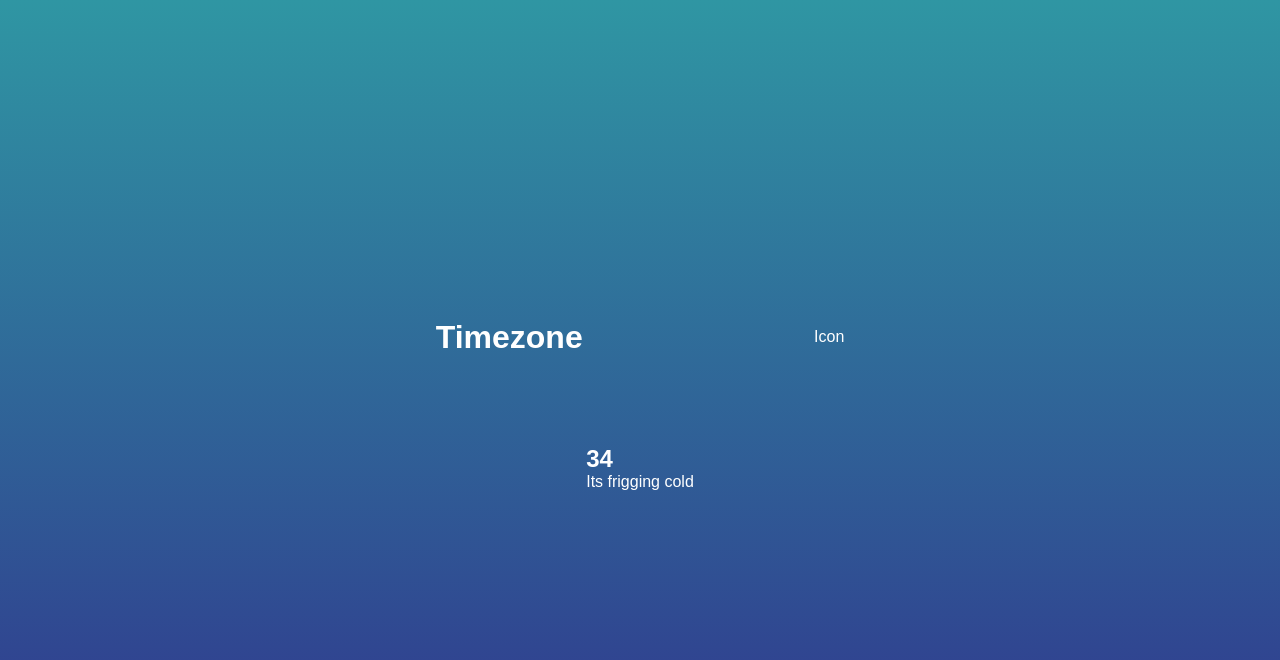
Repository: iphyokafor/weather-app
Page: index.html
An editor plug-in stored every save of this project. The page is shown before and after the next save, followed by the edit.
The browser window is 1280 px wide. The pictures show the whole page.

Above is the page before, as saved 2020-01-21 11:14:56.

### index.html
<!DOCTYPE html>
<html lang="en">

<head>
    <meta charset="UTF-8">
    <meta name="viewport" content="width=device-width, initial-scale=1.0">
    <meta http-equiv="X-UA-Compatible" content="ie=edge">
    <link rel="stylesheet" href="style.css">
    <title>Weather app</title>
</head>

<body>
    <div class="location">
        <h1 class="location-timezone">Timezone</h1>
        <p>Icon</p>
    </div>
    <div class="temperature">
        <h2 class="temperature-degree">34</h2>
        <div class="temperature-description">Its frigging cold</div>
    </div>
    <script src="./app.js"></script>
</body>

</html>

### style.css
* {
    margin: 0;
    padding: 0;
    box-sizing: border-box;
}

body {
    height: 100vh;
    display: flex;
    justify-content: center;
    flex-direction: column;
    align-items: center;
    background: linear-gradient(rgb(47, 150, 163), rgb(48, 62, 143));
    font-family: sans-serif;
    color: white;
}

.location {
    height: 30vh;
    width: 50%;
    display: flex;
    justify-content: space-around;
    align-items: center;
}

Loaded but not shown: app.js (no copy from this time; the picture is the same without it)

After the next save:
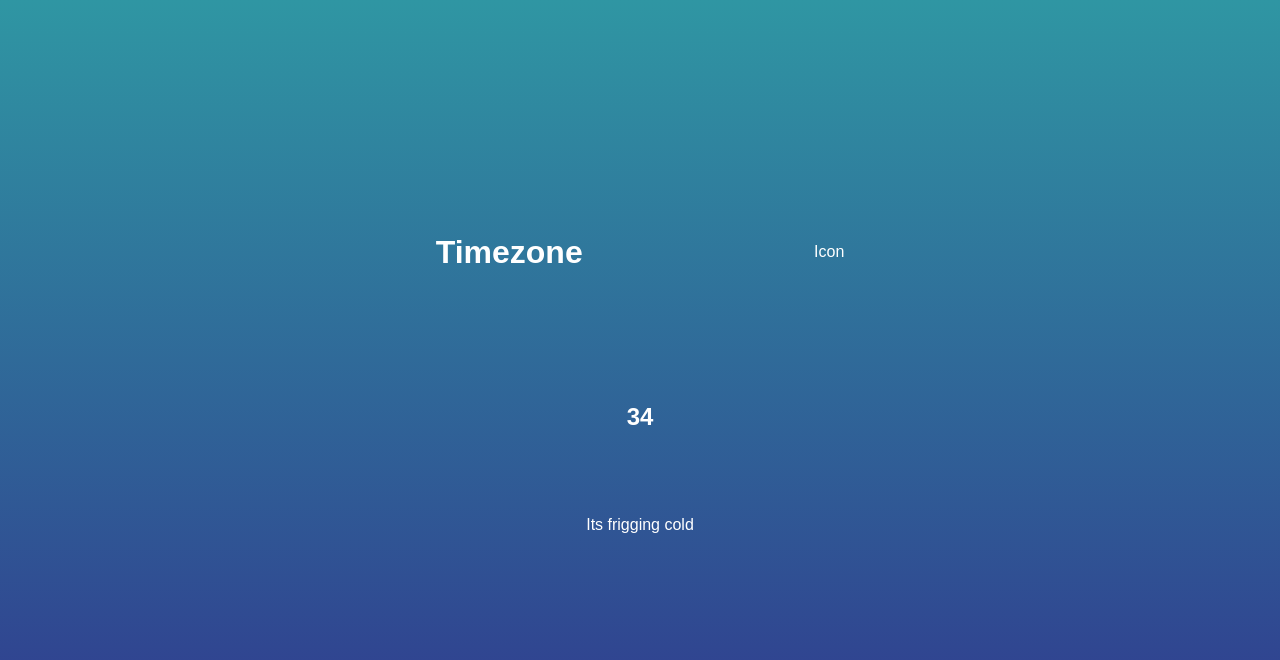
Saved 87 s later.
--- a/style.css
+++ b/style.css
@@ -15,10 +15,15 @@ body {
     color: white;
 }
 
-.location {
+.location,
+.temperature {
     height: 30vh;
     width: 50%;
     display: flex;
     justify-content: space-around;
     align-items: center;
 }
+
+.temperature {
+    flex-direction: column;
+}
